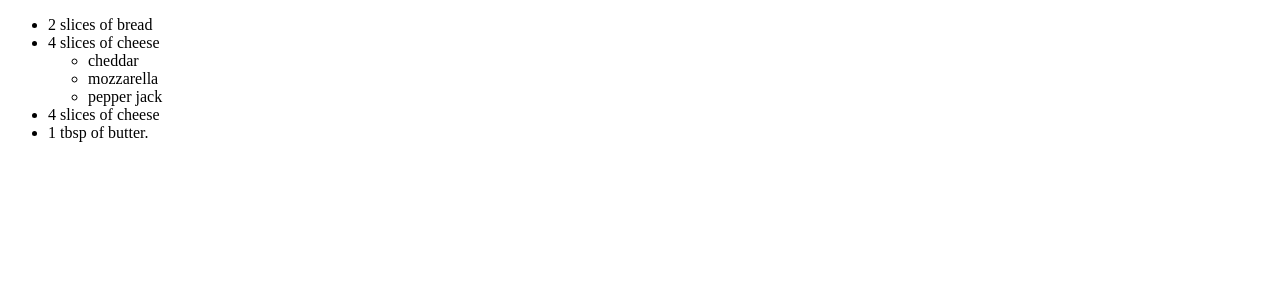
Repository: NthigaDenis/example-repository
Page: phase-0-html-lists-lab/index.html
The author's editor kept a copy of each file at every save. The page is drawn from the files as they stood at one save, then again after the next save.
The browser window is 1280 px wide. The pictures show the whole page.

Above is the page before, as saved 2022-08-01 08:31:54.

After the next save:
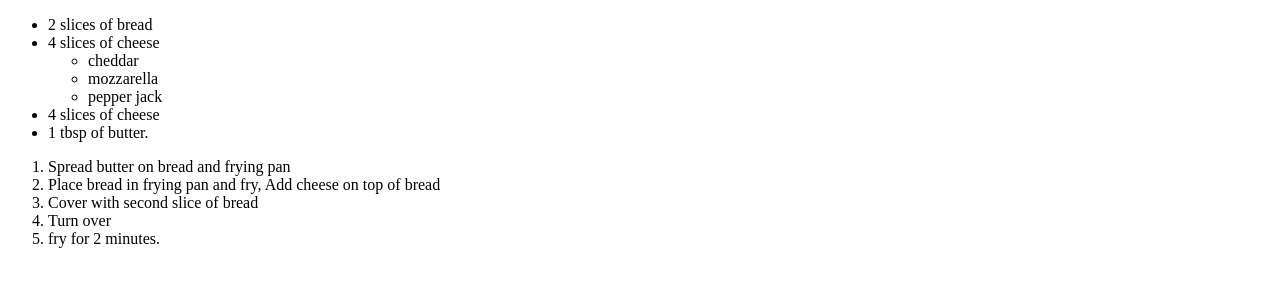
Saved 9 min 8 s later.
--- a/phase-0-html-lists-lab/index.html
+++ b/phase-0-html-lists-lab/index.html
@@ -20,6 +20,13 @@
     <li>4 slices of cheese</li>
     <li> 1 tbsp of butter.</li>
   </ul>
+  <ol>
+    <li>Spread butter on bread and frying pan</li>
+    <li> Place bread in frying pan and fry, Add cheese on top of bread</li>
+    <li>Cover with second slice of bread</li>
+    <li> Turn over </li>
+    <li>fry for 2 minutes.</li>
+  </ol>
 </body>
 
 </html>
